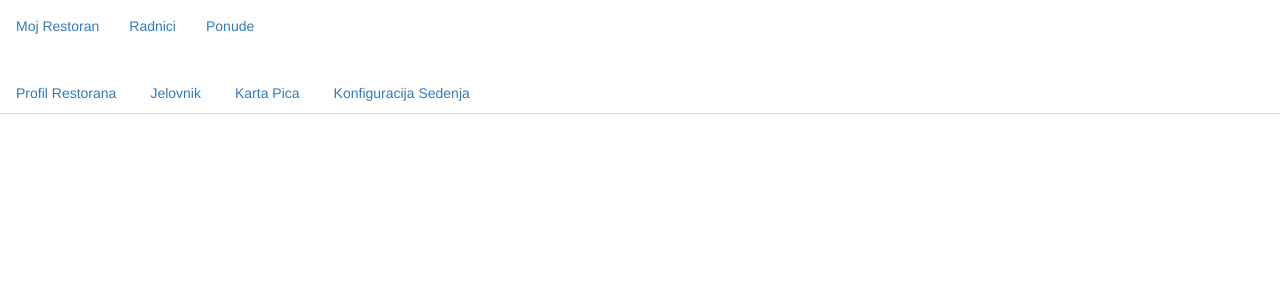
Repository: milanadam94/ISA-2016
Page: jpa-example/src/main/webapp/RestaurantManager/RestaurantManager.html
These files come from the project's save history. The page is drawn as it stood at one moment and after the next save; the edit follows.
The browser window is 1280 px wide. The pictures show the whole page.
The page's requests for data from a server got no answer. Some web libraries are served in a nearby version.

Above is the page before, as saved 2017-02-28 16:43:50.

### jpa-example/src/main/webapp/RestaurantManager/RestaurantManager.html
<!DOCTYPE html>
<html>
<head>
<meta charset="ISO-8859-1">
<title>Menadzer Restorana</title>

<!-- JQUERY -->
<script src="https://code.jquery.com/jquery-3.1.1.js" integrity="sha256-16cdPddA6VdVInumRGo6IbivbERE8p7CQR3HzTBuELA=" crossorigin="anonymous"></script>

<!-- BOOTSTRAP CSS -->
<link rel="stylesheet" href="https://maxcdn.bootstrapcdn.com/bootstrap/3.3.7/css/bootstrap.min.css" integrity="sha384-BVYiiSIFeK1dGmJRAkycuHAHRg32OmUcww7on3RYdg4Va+PmSTsz/K68vbdEjh4u" crossorigin="anonymous">

<!-- BOOTSTRAP THEME -->
<link rel="stylesheet" href="https://maxcdn.bootstrapcdn.com/bootstrap/3.3.7/css/bootstrap-theme.min.css" integrity="sha384-rHyoN1iRsVXV4nD0JutlnGaslCJuC7uwjduW9SVrLvRYooPp2bWYgmgJQIXwl/Sp" crossorigin="anonymous">

<!-- BOOTSTRAP JS -->
<script src="https://maxcdn.bootstrapcdn.com/bootstrap/3.3.7/js/bootstrap.min.js" integrity="sha384-Tc5IQib027qvyjSMfHjOMaLkfuWVxZxUPnCJA7l2mCWNIpG9mGCD8wGNIcPD7Txa" crossorigin="anonymous"></script>

<!-- ANGULAR JS -->
<script src="https://ajax.googleapis.com/ajax/libs/angularjs/1.6.1/angular.js"></script>

<script src="/JQuery-cookie-plugin/jquery.cookie.js"></script>

<!-- TOASTR -->
<!-- <script src="https://cdnjs.cloudflare.com/ajax/libs/toastr.js/latest/css/toastr.css"></script> -->
<style>
.canvas {
	border : 2px solid;
	width: 500px;
	height: 250px;
}
</style>
</head>
<body ng-app="restManager" ng-controller="restManagerController">
	<nav id="myNavbar" class="navbar">
		<ul class="nav navbar-nav">
			<li><a href="RestaurantManager.html" ng-click="getRestaurant()">Moj Restoran</a></li>
			<li><a href="RestaurantManagerWorkers.html">Radnici</a></li>
			<li><a href="RestaurantManagerOfferers.html">Ponude</a></li>
		</ul>
	</nav>
	<div>
		<div class="form-group">
			<ul class="nav nav-tabs">
				<li><a ng-click="getRestaurant()">Profil Restorana</a>
				<li><a ng-click="getFoods()">Jelovnik</a>
				<li><a ng-click="getDrinks()">Karta Pica</a>
				<li><a ng-click="konfig()">Konfiguracija Sedenja</a>
			</ul>
		</div>
		<div id="profilDiv" ng-show="profilShow">
		<form class="form-horizontal">

			<div class="form-group">
			<label class="control-label col-sm-2" >Naziv Restorana: </label><div class="col-sm-5"><input type = "text" class="form-control" id="restaurantName" ng-model="restaurant.name" value="restaurant.name" placeholder="Izmenite ime restorana"></div> <br/>
			</div>

			<div class="form-group">
			<label class="control-label col-sm-2">Vrsta: </label><div class="col-sm-5"><input type = "text" class="form-control" id="restaurantDescription" ng-model="restaurant.description" value="restaurant.description" placeholder="Izmenite opis restorana"></div> <br/>
			</div>

			<div class="form-group">
			<label class="control-label col-sm-2">Kategorija: </label>
					 <div class="col-sm-5">
						<select class="form-control" id="kategorija" ng-model="restaurant.category" title="restaurant.category">
						<option>domaca kuhinja</option>
						<option>italijanski</option>
						<option>kineski</option>
						<option>francuski</option>
						<option>vegan</option>
						</select>
					</div>
			</div> <br/>

			<div class="form-group">
			<div class="col-sm-offset-2 col-sm-10"><button type="submit" class="btn btn-success" ng-click="saveRestaurantInfo()">Sacuvaj Izmene</button></div>
			</div>

			<div class="form-group">
			<label class="control-label col-sm-2" id="errorLabel" ng-show="error" >{{errorMessage}}</label>
			</div>

		</form>
		</div>




		<div id="jelovnikDiv" ng-show="jelovnikShow" >
			<table class="table">
				<tr bgcolor="lightgrey">
					<th>Ime</th>
					<th>Opis</th>
					<th>Cena</th>
					<th>Obrisi</th>
					<th>Promeni</th>
				</tr>
				<tr ng-repeat="i in menu.foods | orderBy:'name'">
					<td><input type="text" class="form-control" ng-model="i.name"  placeholder="Promenite ime jela" > </td>
				 	<td><input type = "text" class="form-control" ng-model="i.description" placeholder="Promenite opis jela" value="{{ i.description }}"> </td>
					<td> <input type = "number" class="form-control" ng-model="i.price" placeholder="Promenite cenu jela" value="{{ i.price }} "></td>
					<td> <button type="submit" id="{{ i.id }}"  class="btn btn-danger" ng-click="deleteFood( i.id )" >Obrisi</button></td>
					<td> <button type="submit" id="{{ i.id }}"  class="btn btn-warning" ng-click="changeFood( i.id )" >Promeni</button></td>

				</tr>
			</table>
			<br/><br/>
			<form class="form-horizontal">

			<div class="form-group">
			<label class="control-label col-sm-2">Ime: </label><div class="col-sm-5"><input type = "text" class="form-control" id="imeNovogJela" ng-model="newFood.name" placeholder="Unesite ime jela"></div> <br/>
			</div>

			<div class="form-group">
			<label class="control-label col-sm-2">Opis: </label><div class="col-sm-5"><input type = "text" class="form-control" id="opisNovogJela" ng-model="newFood.description"  placeholder="Unesite opis jela"></div> <br/>
			</div>


			<div class="form-group">
			<label  class="control-label col-sm-2">Cena: </label><div class="col-sm-5"><input type = "number" min=0 class="form-control" id="cenaNovogJela" ng-model="newFood.price"  placeholder="Unesite cenu jela"></div> <br/>
			</div>

			<div class="form-group">
			<div class="col-sm-offset-2 col-sm-10"><button type="submit" class="btn btn-success" ng-click="addFood()" >Dodaj Jelo</button></div>
			</div>

			</form>
		</div>
		<div id="picaDiv" ng-show="picaShow">
			<table class="table">
				<tr bgcolor="lightgrey">
					<th>Ime</th>
					<th>Opis</th>
					<th>Cena</th>
					<th>Obrisi</th>
					<th>Promeni</th>
				</tr>
				<tr ng-repeat="i in menu.drinks | orderBy:'name'">
					<td><input type="text" class="form-control" ng-model="i.name"  placeholder="Promenite ime pica" > </td>
				 	<td><input type = "text" class="form-control" ng-model="i.description" placeholder="Promenite opis pica" value="{{ i.description }}"> </td>
					<td> <input type = "number" class="form-control" ng-model="i.price" placeholder="Promenite cenu pica" value="{{ i.price }} "></td>
					<td> <button type="submit" id="{{ i.id }}"  class="btn btn-danger" ng-click="deleteDrink( i.id )" >Obrisi</button></td>
					<td> <button type="submit" id="{{ i.id }}"  class="btn btn-warning" ng-click="changeDrink( i.id )" >Promeni</button></td>

				</tr>
			</table>
			<br/><br/>
			<form class="form-horizontal">

			<div class="form-group">
			<label class="control-label col-sm-2">Ime: </label> <div class="col-sm-5"><input type = "text" class="form-control" id="imeNovogPica" ng-model="newDrink.name" placeholder="Unesite ime pica"></div> <br/>
			</div>

			<div class="form-group">
			<label class="control-label col-sm-2">Opis:</label> <div class="col-sm-5"><input type = "text" class="form-control" id="opisNovogPica" ng-model="newDrink.description"  placeholder="Unesite opis pica"></div> <br/>
			</div>

			<div class="form-group">
			<label  class="control-label col-sm-2">Cena: </label><div class="col-sm-5"><input type = "number" class="form-control" min=0 class="form-control" id="cenaNovogPica" ng-model="newDtrink.price"  placeholder="Unesite cenu pica"></div> <br/>
			</div>

			<div class="form-group">
			<div class="col-sm-offset-2 col-sm-10"><button type="submit" class="btn btn-success" ng-click="addDrink()" >Dodaj Pice</button></div>
			</div>

			</form>
		</div>


		<!--  DODAVANJE SEGMENTA -->

		<div id="konfiguracijaDiv" ng-show="konfiguracijaShow">

			<form class="form-horizontal">
			<div class="form-group">
			<label class="control-label col-sm-2" >Naziv Segmenta: </label> <div class="col-sm-5">  <input type="text" class="form-control" ng-model="newSegment.name" palceholder="Unesite naziv segmenta"> </input></div><br/>
			</div>
			<div class="form-group">
			<label class="control-label col-sm-2">Dozvoljeno Pusenje: </label><div class="col-sm-2"><input type="checkbox" class="form-control" ng-model="newSegment.smoking"></input> </div><br/><br/>
			</div>
			<div class="form-group">
			<div class="col-sm-offset-2 col-sm-10"><button type="submit" class="btn btn-success" ng-click="addKonfig()">Dodaj Segment</button></div>
			</div>

			</form>


			<br/><br/>

			<!-- CANVASSS ============ -->


		<canvas id="canvas" class="canvas" ng-click="draw($event)">
			Vas browser ne podrzava graficki prikaz!
		</canvas>

		<br/><br/>
		<div ng-show="newTableShow">

			<form class="form-horizontal">

			<div class="form-group">
			<label class="control-label col-sm-2">Oznaka: </label> <div class="col-sm-5"><input type = "text" class="form-control" ng-model="newTable.tag" placeholder="Unesite oznaku stola"></div> <br/>
			</div>

			<div class="form-group">
			<label class="control-label col-sm-2">Opis:</label> <div class="col-sm-5"><input type = "text" class="form-control" ng-model="newTable.description"  placeholder="Unesite opis stola"></div> <br/>
			</div>

			<div class="form-group">
			<label  class="control-label col-sm-2">Broj Mesta: </label><div class="col-sm-5"><input type = "number" class="form-control" min=0 max="20" class="form-control" id="cenaNovogPica" ng-model="newTabel.seatCount"  placeholder="Unesite broj mesta"></div> <br/>
			</div>

			<label  class="control-label col-sm-2" >Region:</label>
					<div class="col-sm-5">
					<select class="form-group" ng-model="myNewSegment">
						<option ng-repeat="i in segments" value="{{i.id}}">{{i.name}}</option>
					</select>
					</div>

			<div class="form-group">
			<div class="col-sm-offset-2 col-sm-10"><button type="submit" class="btn btn-success" ng-click="addTable()" >Dodaj Sto</button></div>
			</div>

			</form>



			</div>


		</div>

		<div ng-show="deleteTableButtonShow" class="form-group">
			<div class="col-sm-offset-2 col-sm-10"><button type="submit" class="btn btn-danger" ng-click="deleteTable()" >Ukloni Sto</button></div>
		</div>

	</div>
</body>


<!-- ANGULAR SCRIPT -->
<script src="RestaurantManager.js"></script>


</html>

### jpa-example/src/main/webapp/RestaurantManager/RestaurantManager.js
angular.element(document).ready(function () {
    console.log('page loading completed');
});
var restManager = angular.module('restManager', []).config(['$qProvider', '$httpProvider', function ($qProvider, $httpProvider)  {
    $qProvider.errorOnUnhandledRejections(false);

}]).run(['$rootScope', '$http', '$window', function ($rootScope, $http, $window) {

	//namestiti dole u funckcijama gde treba user.email kada se ovo namesti!
	if (typeof $.cookie('user') !== 'undefined') {
		user = JSON.parse($.cookie('user'));

		if(user.userType == "GUEST") {
			$window.location.href = "/GuestPage/GuestPage.html";
		}
		// DALJE
	}



}]);



restManager.controller('restManagerController', [ '$scope', 'konfService', 'drinkService', 'restaurantInfoService', 'foodService','canvasService', function($scope, konfService, drinkService, restaurantInfoService, foodService, canvasService ){

	$scope.newFood = {
			name: "",
			description: "",
			price: 0
	}

	$scope.newDrink = {
			name: "",
			description: "",
			price: 0
	}


	setShows = function(profilShow, picaShow, jelovnikShow, konfiguracijaShow){
		$scope.profilShow = profilShow;
		$scope.picaShow = picaShow;
		$scope.jelovnikShow = jelovnikShow;
		$scope.konfiguracijaShow = konfiguracijaShow;
	}
	setShows(false,false,false,false);

	$scope.error = false;
	$scope.errorMessage = "";

	restaurantInfoService.getRestaurant($scope.user).then(
			function(response){
				$scope.restaurant = response.data;

				if(response.data.name == null){
					alert("Restoran nije pronadjen!");
				}
			}
	);


	$scope.getRestaurant = function() {
			if($scope.restaurant.name != null){
				setShows(true, false, false, false);
			}else{
				alert("Restoran nije pronadjen!");
			}

	}


	$scope.getFoods = function(){
		restaurantInfoService.getMenu($scope.user, $scope.restaurant).then(
				function(response){

					if(response.data != null){
						setShows(false, false, true, false);
						$scope.menu = response.data;
					}else{
						alert("Meni nije pronadjen!");
					}

				}
		);

	}

	$scope.changeFood = function(foodID){
		selectedFood = "";

		angular.forEach($scope.menu.foods, function(value){
			if(value.id == foodID){
				selectedFood = value;
			}

		})

		if(selectedFood.name == "" || selectedFood.price < 0 || $scope.restaurant == null){
			alert("Ime ne sme biti prazno. Cena ne sme biti manja od 0");
			return;
		}

		foodService.saveChanges(selectedFood, $scope.menu);

	}


	$scope.addFood = function(){

		if($scope.newFood.name == "" || $scope.newFood.price < 0 || $scope.restaurant == null){
			alert("Ime ne sme biti prazno i cena ne sme biti manja od 0!");
			return;
		}

		foodService.addFood($scope.newFood, $scope.menu);
		restaurantInfoService.getMenu($scope.user, $scope.restaurant).then(
				function(response){

					if(response.data != null){
						$scope.menu = response.data;
						location.reload();
					}else{
						alert("Meni nije pronadjen!");
					}

				}
			);


	}


	$scope.deleteFood = function(foodID){

		foodService.deleteFood(foodID, $scope.menu);
		restaurantInfoService.getMenu($scope.user, $scope.restaurant).then(
			function(response){

				if(response.data != null){
					$scope.menu = response.data;
					location.reload();
				}else{
					alert("Meni nije pronadjen!");
				}

			}
		);


	}



	$scope.getDrinks = function(){
		restaurantInfoService.getMenu($scope.user, $scope.restaurant).then(
				function(response){

					if(response.data != null){
						setShows(false, true, false, false);
						$scope.menu = response.data;
					}else{
						alert("Meni nije pronadjen!");
					}

				}
		);

	}


	$scope.addDrink = function(){

		if($scope.newDrink.name == "" || $scope.newDrink.price < 0 || $scope.restaurant == null){
			alert("Ime ne sme biti prazno i cena ne sme biti manja od 0!");
			return;
		}

		drinkService.addDrink($scope.newDrink, $scope.menu);
		restaurantInfoService.getMenu($scope.user, $scope.restaurant).then(
				function(response){

					if(response.data != null){
						$scope.menu = response.data;
						location.reload();
					}else{
						alert("Meni nije pronadjen!");
					}

				}
			);
	}

	$scope.changeDrink = function(drinkID){
		selectedDrink = "";

		angular.forEach($scope.menu.drinks, function(value){
			if(value.id == drinkID){
				selectedDrink = value;
			}

		})

		if(selectedDrink.name == "" || selectedDrink.price < 0 || $scope.restaurant == null){
			alert("Ime ne sme biti prazno. Cena ne sme biti manja od 0");
			return;
		}

		drinkService.saveChanges(selectedDrink, $scope.menu);

	}

	$scope.deleteDrink = function(drinkID){
		drinkService.deleteDrink(drinkID, $scope.menu);
		restaurantInfoService.getMenu($scope.user, $scope.restaurant).then(
			function(response){

				if(response.data != null){
					$scope.menu = response.data;
					location.reload();
				}else{
					alert("Meni nije pronadjen!");
				}

			}
		);
	}


	// ===============================================================

	$scope.newSegment = {
			name: "",
			smoking: false
	}

	$scope.newTable = {
			seatCount: 0,
			tag: "",
			description: "",
			xCoord: 0,
			yCoord: 0
	}


	$scope.getKonf = function(){


	}


	$scope.addKonfig = function(){

		if($scope.newSegment.name == "" || $scope.restaurant == null){
			alert("Neispravan unos ili restoran nije pronadjen")
			return;
		}

		konfService.addSegment($scope.newSegment, $scope.restaurant.id).then(
				function(response){
					alert(response.data);

					location.reload();
				}
		);


	}

	restaurantInfoService.loadAllSegments().then(
			function(response){
				$scope.segments = response.data;
			}

	);


	$scope.konfig = function(){
		setShows(false,false,false,true);

		$scope.loadTables();

	}


	$scope.saveRestaurantInfo = function() {

		if($scope.profilShow){
			if($scope.restaurant.name == "" || $scope.restaurant.description == ""){
				$scope.error = true;
				$scope.errorMessage = "Ne moze biti prazno!";
				return;
			}else{
				$scope.error = false;
				$scope.errorMessage = "";
			}
			restaurantInfoService.saveChanges($scope.restaurant, $scope.user);


		}else if ($scope.jelovnikShow) {


		}else if ($scope.piceShow){

		}else if ($scope.konfiguracijaShow){

		}else {
			alert("Error! Nothing selected.");
		}

	}

	// KANVAS ====================================================
	$scope.myNewSegment = "";


	$scope.draw = function(event) {
    	var canvas = document.getElementById('canvas');
    	var context = canvas.getContext('2d');

    	var rect = canvas.getBoundingClientRect();
        var x = event.clientX - rect.left;
        var y = event.clientY - rect.top; var rect = canvas.getBoundingClientRect(),
        scaleX = canvas.width / rect.width,    // relationship bitmap vs. element for X
        scaleY = canvas.height / rect.height;  // relationship bitmap vs. element for Y

	    x = (event.clientX - rect.left) * scaleX,   // scale mouse coordinates after they have
	    y = (event.clientY - rect.top) * scaleY     // been adjusted to be relative to element
	    //  context.clearRect(0, 0, canvas.width, canvas.height);

	    xIndex = x/30.0 + 1;
	    yIndex = y/30.0 + 1;
	    xIndex = Math.floor(xIndex);
	    yIndex = Math.floor(yIndex);

		startX = x/30.0 + 1;
	    startY = y/30.0 + 1;
	    startX = Math.floor(startX)*30 -30;
	    startY = Math.floor(startY)*30 -30;

	    $scope.newTable.xCoord = xIndex;
	    $scope.newTable.yCoord = yIndex;


	    $scope.newTableShow = true;
	    $scope.deleteTableButtonShow = false;

	    $scope.restaurantTables.forEach(function(table) {
			if(table.xCoord == xIndex && table.yCoord == yIndex){
				$scope.newTableShow = false;
				$scope.deleteTableButtonShow = true;
			}
		});


  }

	$scope.restaurantTables = [];

	$scope.loadTables = function() {

		$scope.newTableShow = false;
		var canvas = document.getElementById('canvas');
    	var context = canvas.getContext('2d');
    	context.clearRect(0, 0, canvas.width, canvas.height);

    	for(var j = 0; j < 5; j++)
    	{
	    	for(var i=0; i < 10; i++)
	    	{
	    		context.rect(i*30 ,j*30 ,30,30);
	            context.stroke();
	    	}
    	}


    	canvasService.getAllTables().then(
    			function(response){
    				$scope.restaurantTables = response.data;
    				$scope.restaurantTables.forEach(function(table) {
    					x = parseFloat(table.xCoord)*30 - 30;
    					y = parseFloat(table.yCoord)*30 - 30;
    					context.globalAlpha = 1.0;
    					context.fillStyle="#000000";
    					context.font="20px Arial";
    					context.fillText(table.tag, x + 8, y + 22);
    				});
    			}
    	);




	}



	$scope.addTable = function(){

		if($scope.newTable.seatCount < 0 || $scope.newTable.seatCount > 20 ||
				$scope.newTable.tag == "" || $scope.myNewSegment == ""){
			alert("Los unos!");
			return;
		}

		if($scope.newTable.tag.length > 2){
			alert("Oznaka moze imati maksimalno 2 karaktera!");
			return;
		}


		canvasService.addTable($scope.newTable, $scope.myNewSegment).then(
				function(response){
					alert(response.data);
					location.reload();
				}
		);

	}


	$scope.deleteTable = function(){
		flag = false;

		$scope.restaurantTables.forEach(function(table) {
			if(table.xCoord == $scope.newTable.xCoord && table.yCoord == $scope.newTable.yCoord){
				flag = true;
			}
		});

		if(!flag){
			alert("Niste selektovali sto");
			return;
		}

		canvasService.deleteTable($scope.newTable);


	}



}]);








restManager.service('restaurantInfoService',['$window', '$http', function($window, $http){

	this.loadAllSegments = function(){
		return $http({
			  method: 'GET',
		      url : "../restManager/loadAllSegments/1" //========================================== dodati user Email
		});

	}


	this.getRestaurant = function(user){
		return $http.get("../restManager/myRestaurant/1"); // ================================= OVDE NAMESTITI EMAIL USERA
	}

	this.saveChanges = function(restaurant, user){

		$http({
			  method: 'POST',
			  data : $.param(restaurant),
		      url : "../restManager/saveRestaurantInfo/1" // =================================== OVDE NAMESTITI EMAIL USERA
		}).then(function success(response) {
					alert("Success!");
			  }, function error(response) {
				  	alert("Error!");
			  }
			);
	};

	this.getMenu = function (user, restaurant){
		return $http({
			method: 'POST',
			data : $.param(restaurant),
			url: "../restManager/getMenu/1"  // ==================== user.mail
		});
	}


}]);

restManager.service('foodService',['$window', '$http', function($window, $http){

	this.saveChanges = function (food, menu){
		$http({
			method: 'POST',
			data: $.param(food),
			url: "../restManager/changeFood/" + menu.id
		}).then(function success() {
			alert("Uspesno promenjeno!");
		  }, function error() {
			  	alert("Error!");
		  }

		);
	}

	this.addFood = function (newFood, menu){
		$http({
			method: 'POST',
			data: $.param(newFood),
			url: "../restManager/addFood/"+menu.id
		});

	}

	this.deleteFood = function (foodID, menu){
		$http({
			method: 'DELETE',
			url: "../restManager/deleteFood/"+foodID+"/"+menu.id
		});
	}

}]);

restManager.service('drinkService', ['$window', '$http', function($window, $http){

	this.saveChanges = function (drink, menu){
		$http({
			method: 'POST',
			data: $.param(drink),
			url: "../restManager/changeDrink/" + menu.id
		}).then(function success() {
			alert("Uspesno promenjeno!");
		  }, function error() {
			  	alert("Error!");
		  }

		);
	}

	this.deleteDrink = function(drinkID, menu){
		$http({
			method: 'DELETE',
			url: "../restManager/deleteDrink/"+drinkID+"/"+menu.id
		});
	}

	this.addDrink = function (newDrink, menu){
		$http({
			method: 'POST',
			data: $.param(newDrink),
			url: "../restManager/addDrink/"+menu.id
		});
	}

}]);

restManager.service('konfService', ['$window', '$http', function($window, $http){

	this.addSegment = function(newSegment, restoranID){
		return $http({
			method: 'POST',
			data: newSegment,
			url: "../restManager/addSegment/"+restoranID
		});

	}

	this.getKonf;
	this.saveChanges;
	this.addKonf;

}]);


restManager.service('canvasService', ['$window', '$http', function($window, $http){

	this.addTable = function(newTable, segmentID){
		return $http({
			method: 'POST',
			data: newTable,
			url: "../restManager/addTable/"+segmentID+"/1" //==================================== staviti email restoran menagera
		});
	}

	this.getAllTables = function(){
		return $http({
			method: 'GET',
			url: "../restManager/getAllTables/1" //==================================== staviti email restoran menagera
		});
	}


	this.deleteTable = function (newTable){
		$http({
			method: 'POST',
			data: newTable,
			url: "../restManager/deleteTable"
		}).then(
				function success(){
					location.reload();
				},
				function error(){
					alert("Error!");
				}
		);
	}


}]);

Loaded but not shown: jpa-example/src/main/webapp/JQuery-cookie-plugin/jquery.cookie.js (library)

After the next save:
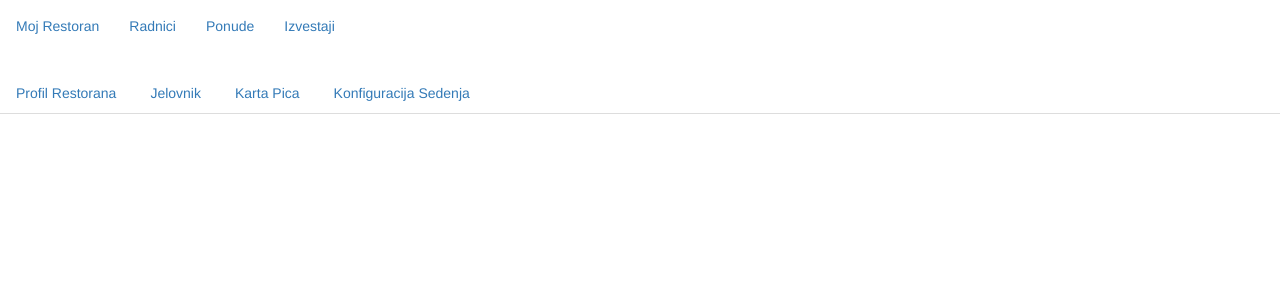
Saved 3 h 3 min later.
--- a/jpa-example/src/main/webapp/RestaurantManager/RestaurantManager.html
+++ b/jpa-example/src/main/webapp/RestaurantManager/RestaurantManager.html
@@ -37,6 +37,7 @@
 			<li><a href="RestaurantManager.html" ng-click="getRestaurant()">Moj Restoran</a></li>
 			<li><a href="RestaurantManagerWorkers.html">Radnici</a></li>
 			<li><a href="RestaurantManagerOfferers.html">Ponude</a></li>
+			<li><a href="RestourantManagerReport.html">Izvestaji</a>
 		</ul>
 	</nav>
 	<div>
